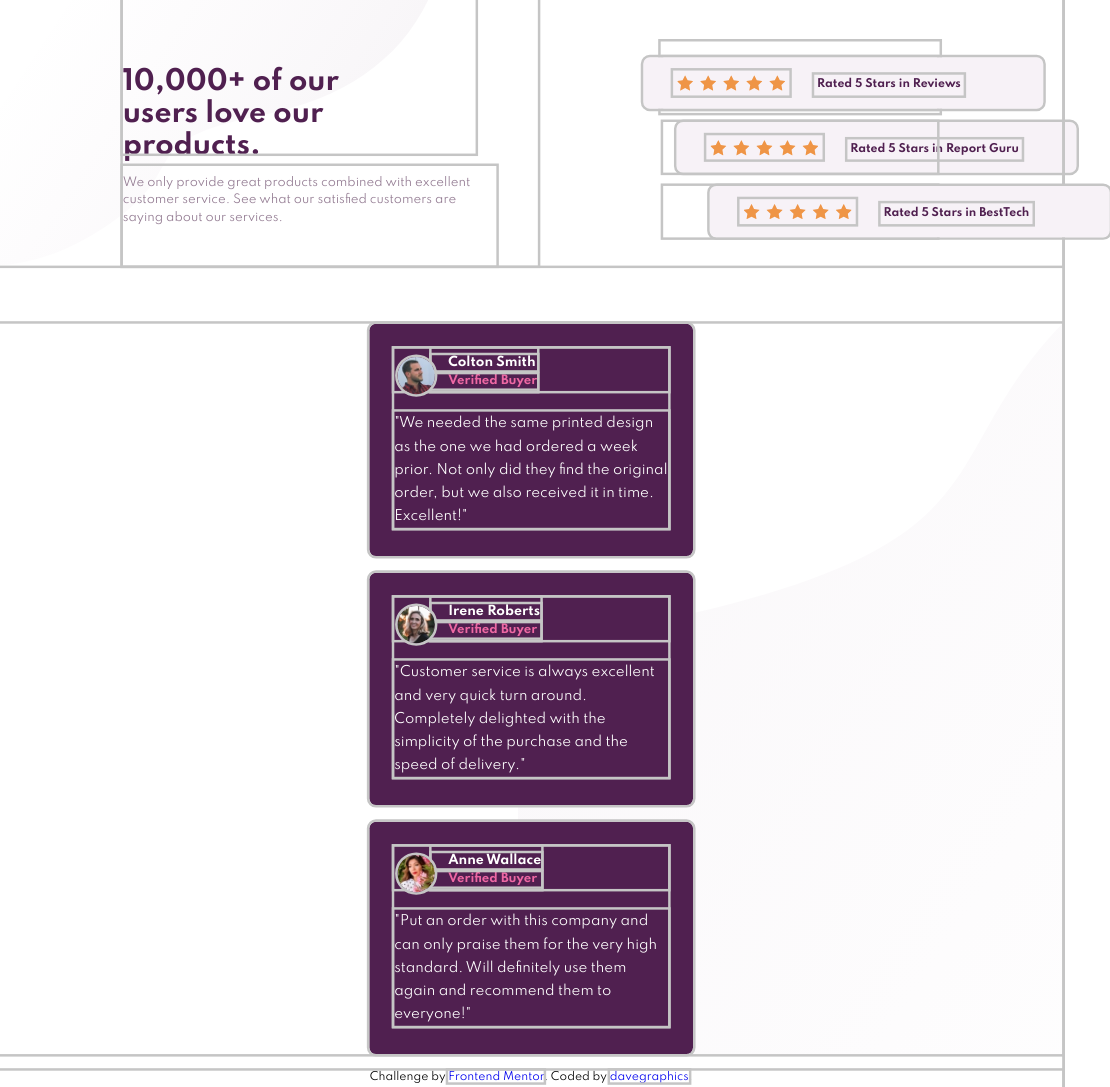
Repository: DejV44/social-proof-section-master
Page: index.html
These files come from the project's save history. The page is drawn as it stood at one moment and after the next save; the edit follows.
The browser window is 1280 px wide. The page is 1337 px wide, so the pictures cover 1337 px, including what lies to the right of the window. The pictures show the whole page, at 83% of full size.
The style sheet was rebuilt from its Sass, Less or Tailwind sources for each picture, by a compiler version that may differ from the author's.

Above is the page before, as saved 2021-06-23 21:16:10.

### index.html
<!DOCTYPE html>

<html lang="en">
<head>
    <meta charset="UTF-8">
    <meta http-equiv="X-UA-Compatible" content="IE=edge">
    <meta name="viewport" content="width=device-width, initial-scale=1.0">
    <link rel="stylesheet" href="../css/main.css">
    <title>social-proof-section-master</title>
</head>
<body>
    <section class="main">
        <div class="titles">
            <h1 class="title">10,000+ of our users love our products.</h1>
            <p class="item-1">We only provide great products combined with excellent customer service. See what our satisfied customers are saying about our services.</p>
        </div>
        <div class="container">
            <ul>
                <li class="item1">
                    <img src="../img/stars.svg" alt="stars">
                    <h3>Rated 5 Stars in Reviews</h3>
                </li>
            </ul>

            <ul>
                <li class="item2">
                    <img src="../img/stars.svg" alt="stars">
                    <h3>Rated 5 Stars in Report Guru</h3>
                </li>
            </ul>

            <ul>
                <li class="item3">
                    <img src="../img/stars.svg" alt="stars">
                    <h3>Rated 5 Stars in BestTech</h3>
                </li>
            </ul>
        </div>
    </section>

    <section class="citate">
        <ul>
            <li>
                <div class="identy">
                    <img src="../img/image-colton.jpg" alt="stars">
                    <div>
                        <h3>Colton Smith</h3>
                        <h4>Verified Buyer</h4>
                    </div>
                </div>
                <blockquote>"We needed the same printed design as the one we had ordered a week prior. Not only did they find the original order, but we also received it in time. Excellent!"</blockquote>
            </li>
        </ul>

        <ul>
            <li>
                <div class="identy">
                    <img src="../img/image-irene.jpg" alt="stars">
                    <div>
                        <h3>Irene Roberts</h3>
                        <h4>Verified Buyer</h4>
                    </div>
                </div>
                <blockquote>"Customer service is always excellent and very quick turn around. Completely delighted with the simplicity of the purchase and the speed of delivery."</blockquote>
            </li>
        </ul>

        <ul>
            <li>
                <div class="identy">
                    <img src="../img/image-anne.jpg" alt="stars">
                    <div>
                        <h3>Anne Wallace</h3>
                        <h4>Verified Buyer</h4>
                    </div>
                </div>
                <blockquote>"Put an order with this company and can only praise them for the very high standard. Will definitely use them again and recommend them to everyone!"</blockquote>
            </li>
        </ul>
    </section>
    <div class="attribution">
        Challenge by
        <a href="https://www.frontendmentor.io?ref=challenge" target="_blank"
          >Frontend Mentor</a
        >. Coded by <a href="#">davegraphics</a>.
      </div>

</body>
</html>

### css/main.scss
@import url('https://fonts.googleapis.com/css2?family=Spartan:wght@400;500;700&display=swap');

*{
    margin: 0;
    padding: 0;
    -webkit-font-smoothing: antialiased;
    outline: 3px solid rgb(197, 197, 197);
}

:root {
    --primary-color: hsl(300, 43%, 22%);
    --soft-pink: hsl(333, 80%, 67%);
    --neutral-color: hsl(303, 10%, 53%);
    --light-color: hsl(300, 24%, 96%);
    --white: hsl(0, 0%, 100%);
}

body {
    margin: 0;
    padding: 0;
    //background: var(--white);
    font-family: 'Spartan', sans-serif;




    .main {
        text-align: center;
        margin: 0 auto 70px auto;
        background-image: url(..//img/bg-pattern-top-mobile.svg);
        background-repeat: no-repeat;
        background-size: contain;



        .title {
            margin: 0 auto;
            padding: 2.5em 15% 0 15%;
            font-size: 2em;
            font-weight: bold;
            color: var(--primary-color);
            width: 250px;
            height: 105px;
        }

        p {
            padding: 10px 0;
            margin: 10px auto;
            color: var(--neutral-color);
            line-height: 1.5em;
            width: 325px;
            height: 100px;
            font-size: 14px;
        }

        .container {
            padding: .2em;
            width: 330px;
            height: 80px;
            display: inline-block;


            li {
                list-style: none;
                padding: 1em;
                margin: 1em;
                background: var(--light-color);
                border-radius: .5em;

                img {
                    padding: .3em;
                    width: 130px;
                    height: 20px;
                }

                h3 {
                    padding: .3em;
                    color: var(--primary-color);
                    font-size: 13px;
                }
            }
        }


    }
    .citate :first-element {
        margin-top: 100px;
    }

    .citate {
        background-image: url(..//img/bg-pattern-bottom-mobile.svg);
        background-repeat: no-repeat;
        background-size: contain;
        background-position-x: 100%;
        background-position-y: 100%;



        ul {
            list-style: none;
            padding: 30px;

            background: var(--primary-color);
            border-radius: .5em;
            width: 330px;
            height: 220px;
            margin: 0px auto 20px auto;



                .identy {
                    display: flex;




                    h3 {
                        color: var(--white);
                        margin: .5em 0 .2em 0;
                        padding-left: 20px;
                        font-size: 15px;

                    }

                    h4 {
                        color: var(--soft-pink);
                        margin: .4em 0 .2em 0;
                        padding-left: 20px;
                        font-size: 14px;

                    }

                    img {
                        margin-top: 6px;
                        border-radius: 5em;
                        width: 45px;
                        height: 45px;
                        position: relative;
                        top: 4px;
                        left: 4px;
                    }


                }
                blockquote {
                    color: var(--white);
                    margin-top: 25px;
                    line-height: 28px;
                    text-align: left;
                }
        }


    }

    .attribution {
        text-align: center;
        font-size: 13px;
        padding-bottom: 5px;

        a {
            text-decoration: none;
            font-size: 13px;

        }
    }

}

@media only screen and (min-width: 768px) {



    .main {
        display: flex;
        flex-wrap: nowrap;
        justify-content: space-between;


        .titles {
            align-items: flex-start;
            margin-left: auto;
            margin-right: auto;
            width: 500px;
            text-align: left;

            .title {
                margin: 0 auto 0 0;
                padding-left: 0;
                width: 350px;
            }

            p {
                margin: 15px auto 0 0;
                padding-left: 0;
                width: 450px;
            }

        }

        .container {
            align-items: flex-end;
            margin-right: auto;
            margin-top: 50px;

            .item1 {
                position: relative;
                left: -40px;
            }

            .item3 {
                position: relative;
                left: +40px;
            }

            li {
                width: 450px;
                max-height: 45px;
                display: flex;
                padding-top: 0;


                img {

                    margin-right: 30px;
                    margin-left: 20px;

                }

                h3 {
                    /*position: relative;*/
                    margin-top: 5px;
                    margin-bottom: 0;
                    max-width: 210px;

                }
            }
        }
    }
}

After the next save:
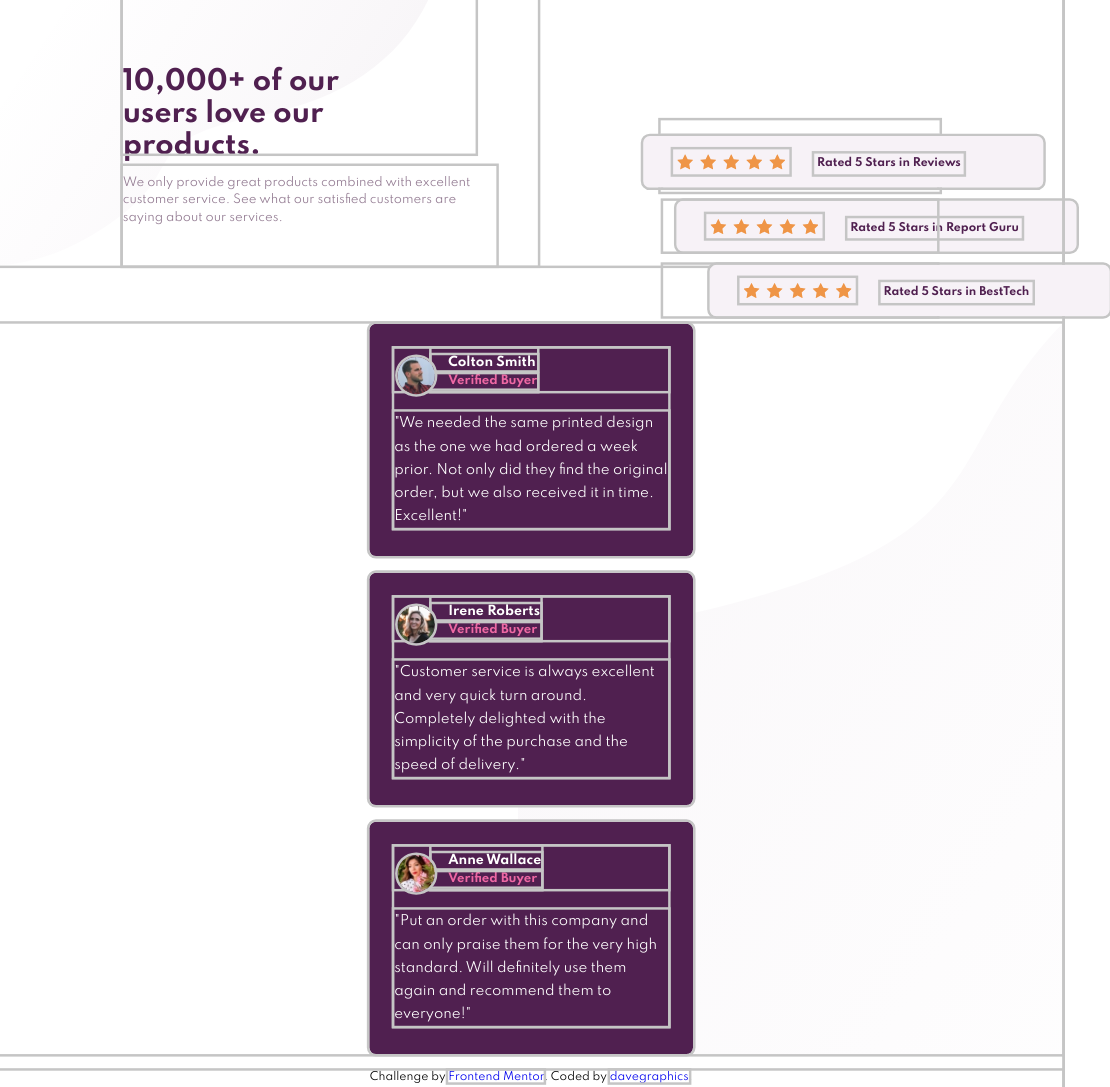
Saved 29 s later.
--- a/css/main.scss
+++ b/css/main.scss
@@ -201,7 +201,7 @@ body {
         .container {
             align-items: flex-end;
             margin-right: auto;
-            margin-top: 50px;
+            margin-top: 145px;
 
             .item1 {
                 position: relative;
